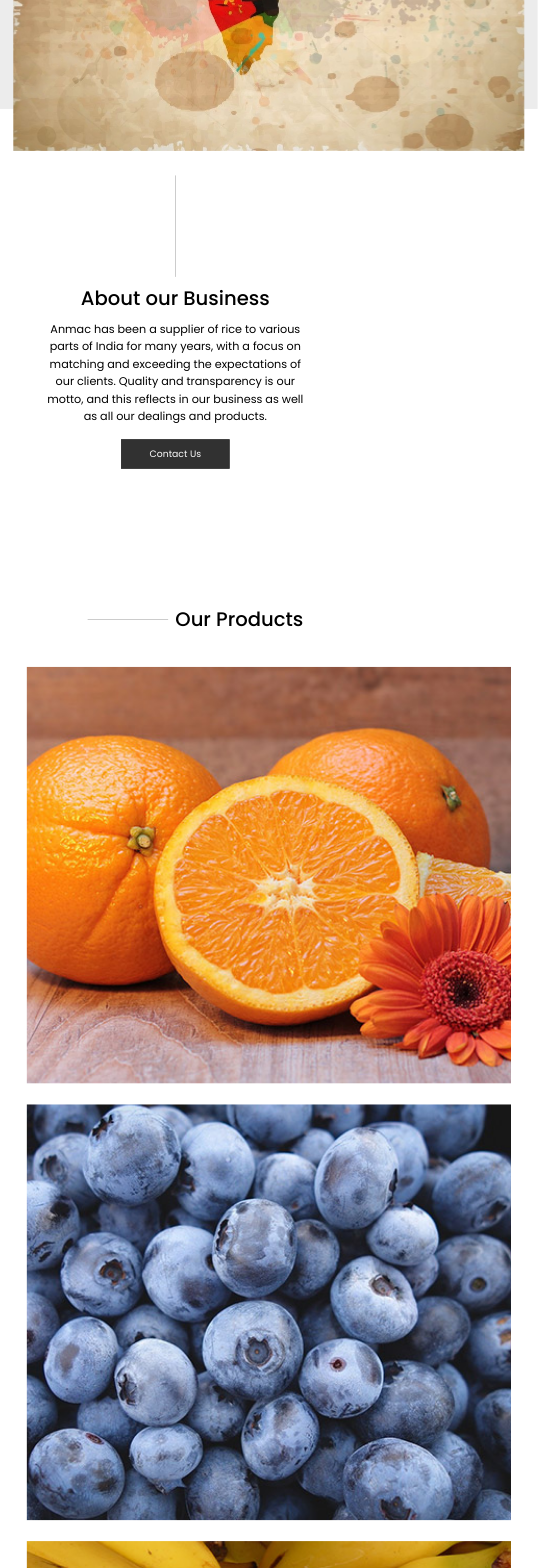
Repository: BitanNag/anmac-portfolio
Page: /
These files come from the project's save history. The page is drawn as it stood at one moment and after the next save; the edit follows.
The browser window is 768 px wide. The page is 768 px wide, then 788 px, so the pictures cover 788 px, including what lies to the right of the window. The pictures show the part of the page from y = 1672 to 3912 px (the page is 8415 px tall before and 8365 px after), at 70% of full size.
Some web fonts or font styles are not loaded; a fallback is used. The project was rebuilt for these pictures with package versions that can differ from the ones it lists, and the page was loaded fresh each time. Also part of the build but not shown: vue.config.js, src/components/HeaderSection.vue, src/views/AboutView.vue, src/views/ProductsView.vue, src/components/ClientsSection.vue, src/views/ClientsView.vue, src/views/ContactView.vue.

Above is the page before, as saved 2023-11-06 22:45:47.

After the next save:
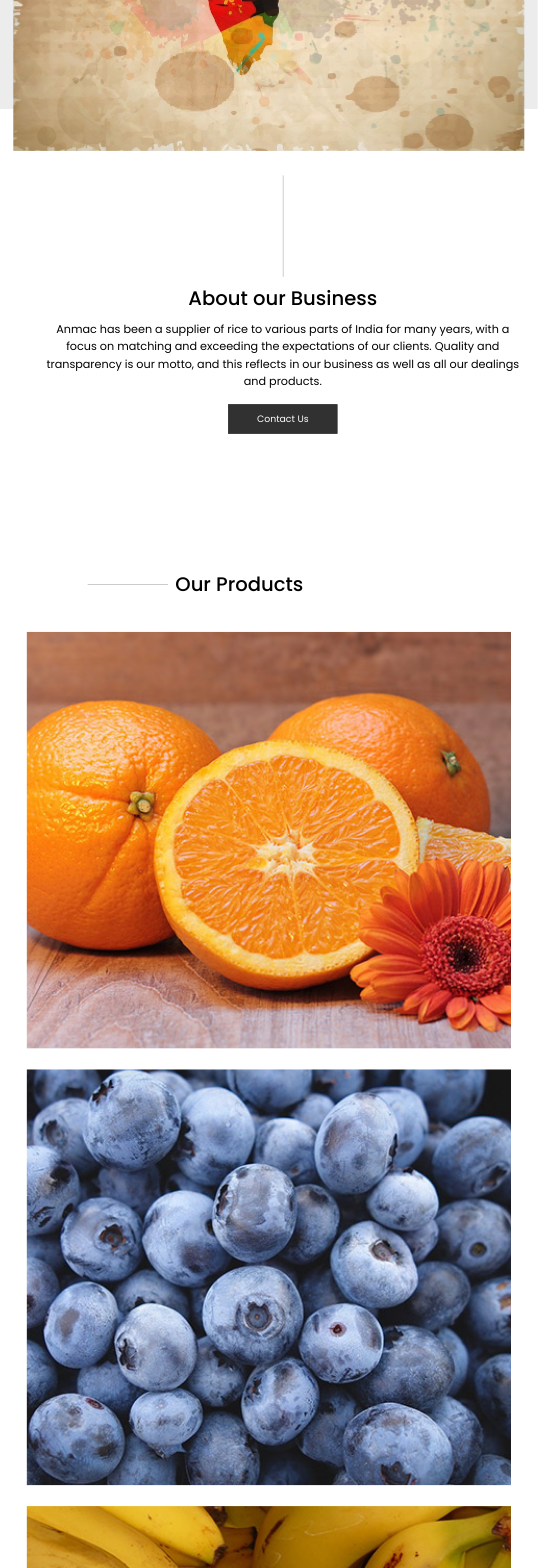
Saved 15 s later.
--- a/src/components/AboutSection.vue
+++ b/src/components/AboutSection.vue
@@ -138,7 +138,7 @@
         }
 
         .about-section .detail-box{
-            flex-direction: column;
+            width: 100%;
         }
     }
 </style>
